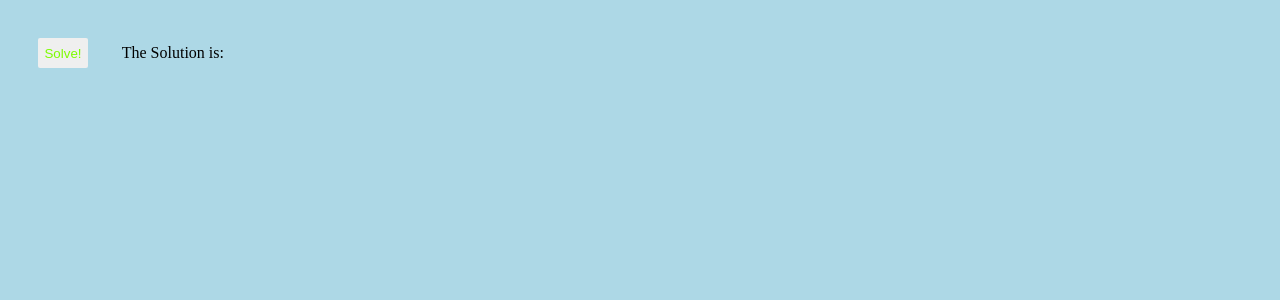
Repository: setanjan123/wordle-solver
Page: popup.html
The author's editor kept a copy of each file at every save. The page is drawn from the files as they stood at one save, then again after the next save.
The browser window is 1280 px wide. The pictures show the whole page.

Above is the page before, as saved 2022-03-05 11:42:40.

### popup.html
<!DOCTYPE html>

<html>

<head>

<link rel="stylesheet" href="./button.css">

</head>

<body>

<button id="solve">Solve!</button>

The Solution is:
<div id="solution"></div>
<script src="script.js"></script>

</body>

</html>

### button.css
button {

    height: 30px;

    width: 50px;

    outline: none;

    margin: 30px;

    border: none;

    border-radius: 2px;

    color: lawngreen;

    }

    button.current {

    box-shadow: 0 0 0 2px white,

    0 0 0 4px black;

    }

    body {
        background-color:lightblue;
    }

### script.js
document.getElementById("solve").addEventListener("click", async () => {
    chrome.storage.local.get('wordle-solution', function (result) {
        document.getElementById("solution").innerHTML =  '<b>'+result['wordle-solution']+'<b>'
    });
});

After the next save:
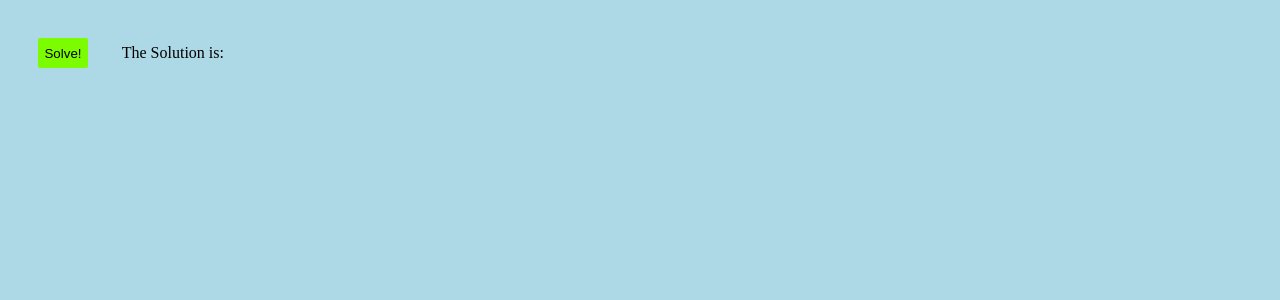
Saved 21 s later.
--- a/button.css
+++ b/button.css
@@ -12,7 +12,7 @@ button {
 
     border-radius: 2px;
 
-    color: lawngreen;
+    background-color: lawngreen;
 
     }
 
